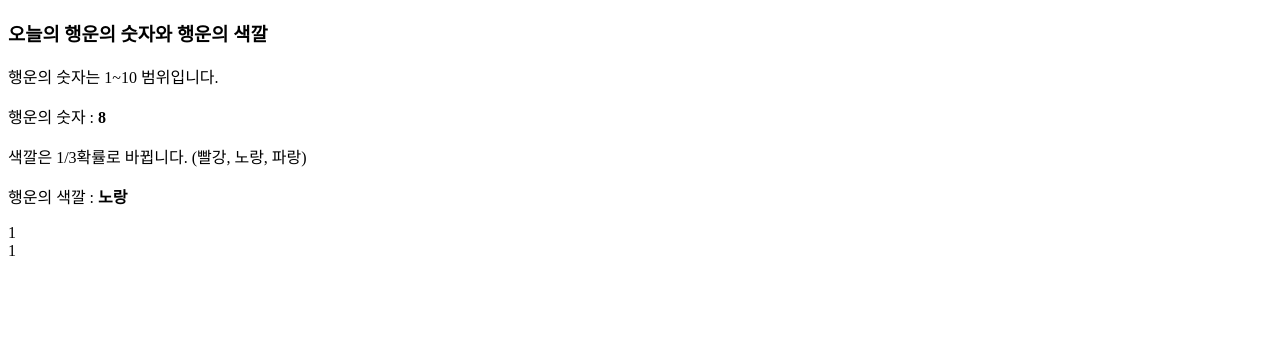
Repository: Kimhwawon/jsp_practice
Page: http://localhost/JSPBasic/JspTag/TagQ01.jsp
An editor plug-in stored every save of this project. The page is shown before and after the next save, followed by the edit.
The browser window is 1280 px wide. The pictures show the whole page.
The page is served by Tomcat 9.

Above is the page before, as saved 2022-01-28 06:17:00.

### JSPBasic/src/main/webapp/JspTag/TagQ01.jsp
<%@ page language="java" contentType="text/html; charset=UTF-8"
    pageEncoding="UTF-8"%>
<!DOCTYPE html>
<html>
<head>
<meta charset="UTF-8">
<title>Insert title here</title>
</head>
<body>
	<%!
		// Declaration 내부에
		// 1 ~ 10범위의 난수를 리턴하는 메서드
		// int randomNumber() 를 선언해주세요.
		int randomNumber(){
			// 정수 1~10까지 발생시켜서 리턴하도록 로직 작성
			 int result = (int)(Math.random() * 10) + 1;
			return result;
		}

		String randomColor(){
			// 33% 확률로 빨강, 노랑, 파랑
			// 난수 발생을 시켜야 하고 Meth.random()은 0~1 사이니까
			// 범위를 0.33, 0.66로 나눠서...?
		 	double randomNum = Math.random();
			String result;
			if(randomNum < 0.33) {
				result = "빨강";
			}else if (randomNum < 0.66){
				result = "파랑";
			}else{
				result = "노랑";
			}
			return result;
		}

		// declaration에 선언한 변수는 서버를 끄기 전까지는 값이 누적됩니다.
		public int total = 0;

	%>
		<h3>오늘의 행운의 숫자와 행운의 색깔</h3>
		<p>행운의 숫자는 1~10 범위입니다. </p>
		<p>행운의 숫자 : <b><%=randomNumber() %></b></p>
		<p>색깔은 1/3확률로 바뀝니다. (빨강, 노랑, 파랑)</p>
		<p>행운의 색깔 : <b><%=randomColor() %></b></p>
		 <%
		 	out.println(++total);
		 // scritlet 내부에 선언한 변수는 접속시마다 초기화됩니다.
		 int currentNum = 0;
		 out.println("<br/>");
		 out.println(++currentNum);
		 %>
</body>
</html>

After the next save:
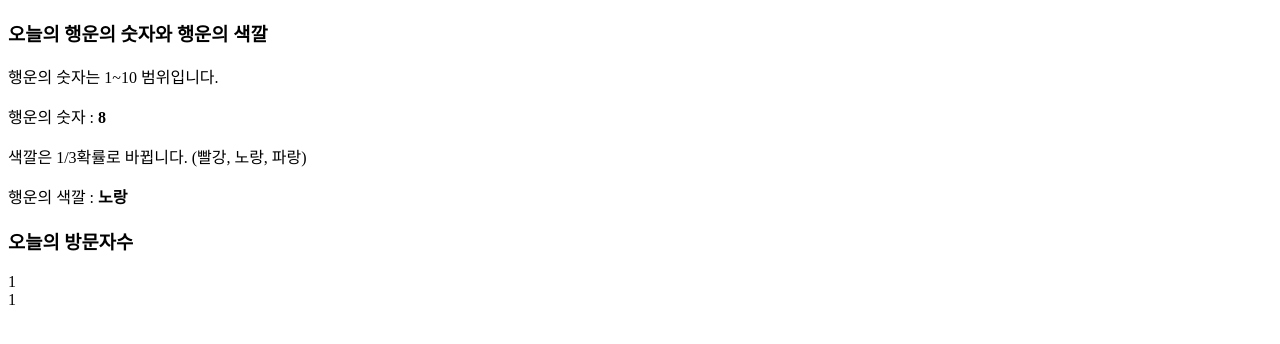
Saved 68 s later.
--- a/JSPBasic/src/main/webapp/JspTag/TagQ01.jsp
+++ b/JSPBasic/src/main/webapp/JspTag/TagQ01.jsp
@@ -42,6 +42,7 @@
 		<p>행운의 숫자 : <b><%=randomNumber() %></b></p>
 		<p>색깔은 1/3확률로 바뀝니다. (빨강, 노랑, 파랑)</p>
 		<p>행운의 색깔 : <b><%=randomColor() %></b></p>
+		 <h3>오늘의 방문자수</h3>
 		 <%
 		 	out.println(++total);
 		 // scritlet 내부에 선언한 변수는 접속시마다 초기화됩니다.
